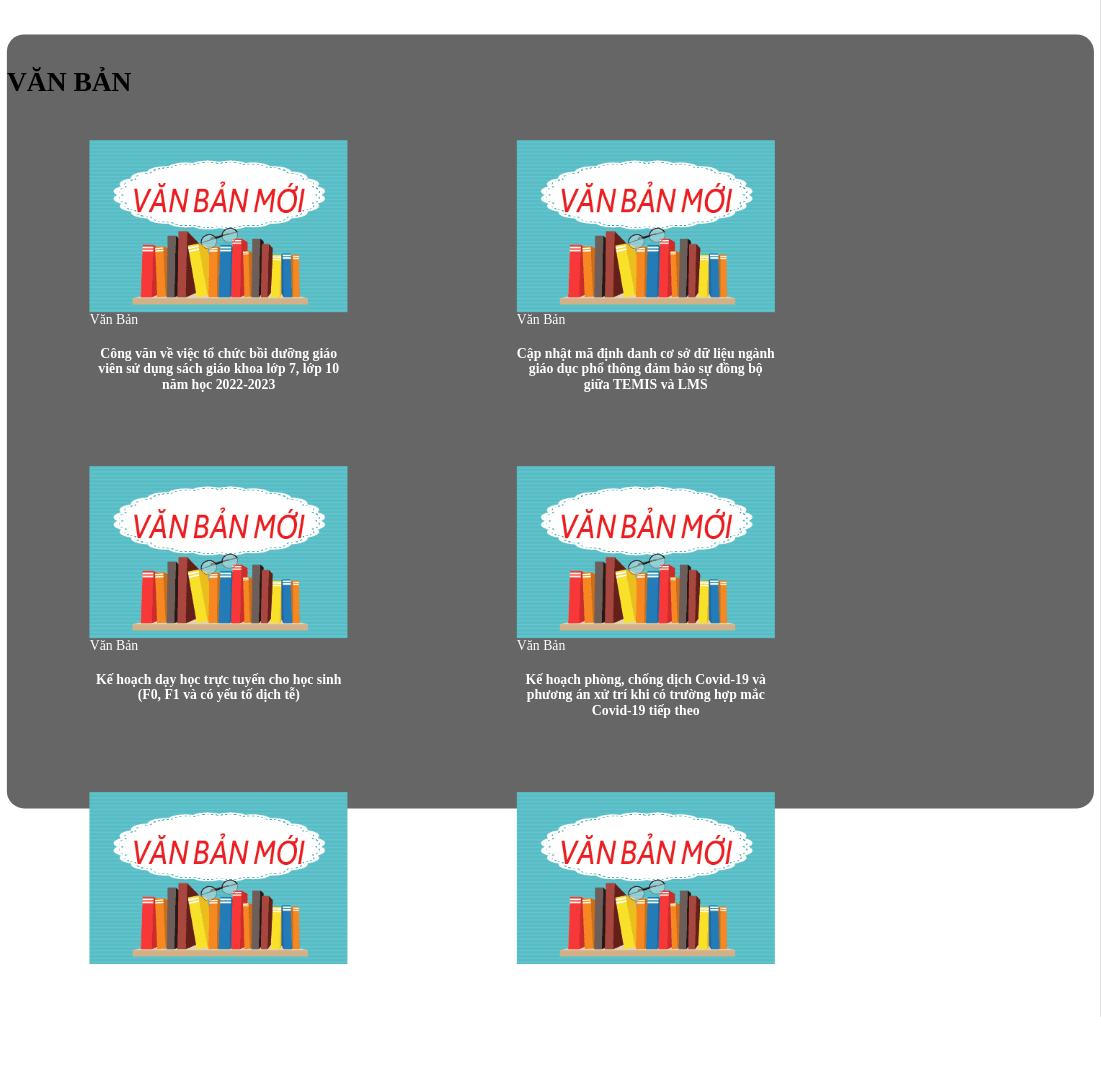
Repository: dphasst17/THPTVCC
Page: document/document_content/dchome.html
An editor plug-in stored every save of this project. The page is shown before and after the next save, followed by the edit.
The browser window is 1280 px wide. The pictures show the whole page, at 86% of full size.

Above is the page before, as saved 2022-10-14 10:58:26.

### document/document_content/dchome.html
<!DOCTYPE html>
<html lang="en">
<head>
    <meta charset="UTF-8">
    <meta http-equiv="X-UA-Compatible" content="IE=edge">
    <meta name="viewport" content="width=device-width, initial-scale=1.0">
    <link rel="stylesheet" href="dchome.css">
    <title>Document</title>
</head>
<body>
    <div id="document" class="document">
        <h1><br/>VĂN BẢN</h1>
        <div class="document_container">
            <img src="../document/document.png" alt="">
            <a>Văn Bản</a>
            <h4>Công văn về việc tổ chức bồi dưỡng giáo viên sử dụng sách giáo khoa lớp 7, lớp 10 năm học 2022-2023</h4>
        </div>

        <div class="document_container">
            <img src="../document/document.png" alt="">
            <a>Văn Bản</a>
            <h4>Cập nhật mã định danh cơ sở dữ liệu ngành giáo dục phổ thông đảm bảo sự đồng bộ giữa TEMIS và LMS</h4>
        </div>

        <div class="document_container">
            <img src="../document/document.png" alt="">
            <a>Văn Bản</a>
            <h4>Kế hoạch dạy học trực tuyến cho học sinh (F0, F1 và có yếu tố dịch tễ)</h4>
        </div>

        <div class="document_container">
            <img src="../document/document.png" alt="">
            <a>Văn Bản</a>
            <h4>Kế hoạch phòng, chống dịch Covid-19 và phương án xử trí khi có trường hợp mắc Covid-19 tiếp theo</h4>
        </div>

        <div class="document_container">
            <img src="../document/document.png" alt="">
            <a>Văn Bản</a>
            <h4>Quyết định về việc điều chỉnh phân bổ dự toán chi ngân sách nhà nước năm 2021</h4>
        </div>

        <div class="document_container">
            <img src="../document/document.png" alt="">
            <a>Văn Bản</a>
            <h4>Thông báo thời gian biểu dạy học trực tuyến từ ngày 22-11-2021 đến hết ngày 27-11-2021</h4>
        </div>

    </div>
</body>
</html>

### document/document_content/dchome.css
.document{
    width:100%;
    height:900px;
    background-color:rgb(103, 102, 102);
    margin-top:40px;
    border-radius:20px;
}
.document img{
    width:300px;
    height:200px;
}
.document_container{
    width:300px;
    height:350px;
    display:inline-flex;
    margin: 10px 96.3px;
    flex-wrap: wrap;
    align-content: center;
}
.document_container h4{
    color:#fff;
    text-align: center;
}
.document_container a{
    color:#fff;
    text-decoration:none;
}

After the next save:
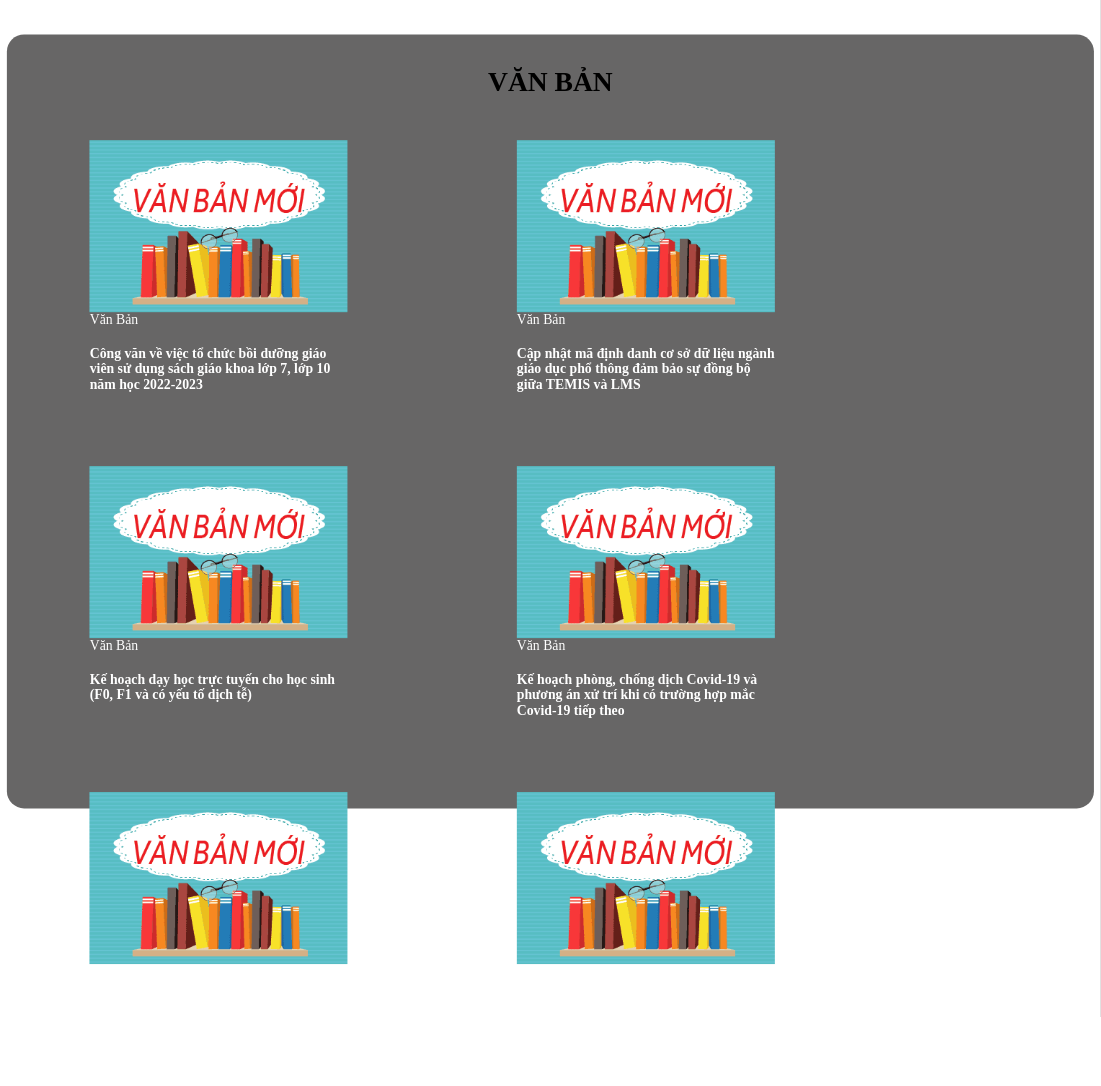
Saved 30 s later.
--- a/document/document_content/dchome.css
+++ b/document/document_content/dchome.css
@@ -19,9 +19,11 @@
 }
 .document_container h4{
     color:#fff;
-    text-align: center;
 }
 .document_container a{
     color:#fff;
     text-decoration:none;
 }
+h1{
+    text-align:center;
+}
